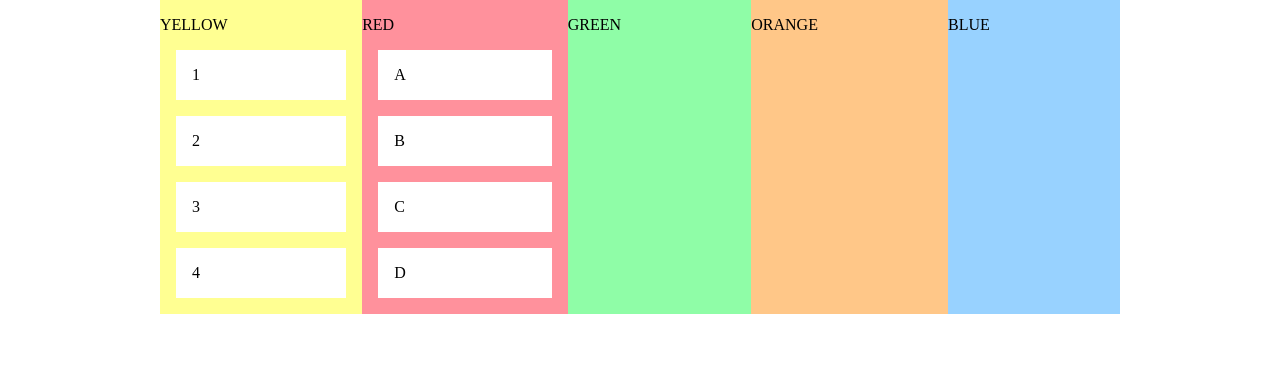
Repository: CryptoFamilyNFT/develhope
Page: css/FlexBoxProperties/index.html
These files come from the project's save history. The page is drawn as it stood at one moment and after the next save; the edit follows.
The browser window is 1280 px wide. The pictures show the whole page.

Above is the page before, as saved 2024-11-15 12:18:44.

### css/FlexBoxProperties/index.html
<!DOCTYPE html>
<html lang="en">

<head>
  <meta charset="UTF-8">
  <meta http-equiv="X-UA-Compatible" content="IE=edge">
  <meta name="viewport" content="width=device-width, initial-scale=1.0">
  <title>Blocks</title>
  <link rel="stylesheet" href="start.css">
</head>

<body>
  <section id="green">
    <p>GREEN</p>
  </section>
  <section id="yellow">
    <p>YELLOW</p>
    <ul>
      <li>1</li>
      <li>2</li>
      <li>3</li>
      <li>4</li>
    </ul>
  </section>
  <section id="orange">
    <p>ORANGE</p>
  </section>
  <section id="red">
    <p>RED</p>
    <ul>
      <li>A</li>
      <li>B</li>
      <li>C</li>
      <li>D</li>
    </ul>
  </section>
  <section id="blue">
    <p>BLUE</p>
  </section>
</body>

</html>

### css/FlexBoxProperties/start.css
body {
    width: 60em;
    margin: 0 auto;
    display: grid;
    grid-template-columns: auto auto auto auto;
  }

  #green {
    background-color: #8ffda7;
    grid-area: 1 / 3 / 1
  }

  #orange {
    background-color: #ffc788;
    grid-area: 1 / 4 / span 2;
  }

  #yellow {
    background-color: #ffff92;
    grid-area: 1 / 1 / span 1;
  }

  #red {
    background-color: #ff919c;
    grid-area: 1 / 2 / span 1;
  }

  #blue {
    background-color: #98d2ff;
    grid-area: 1 / 5 / span 1;
  }

  ul {
    padding: 0;
  }

  li {
    background-color: white;
    padding: 1em;
    display: block;
    margin: 1em;
  }

After the next save:
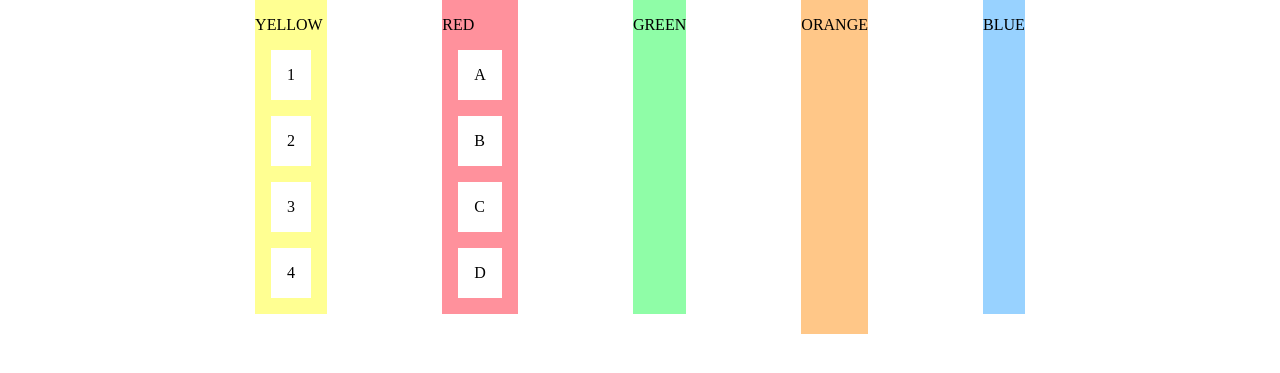
Saved 37 s later.
--- a/css/FlexBoxProperties/start.css
+++ b/css/FlexBoxProperties/start.css
@@ -3,6 +3,8 @@ body {
     margin: 0 auto;
     display: grid;
     grid-template-columns: auto auto auto auto;
+    gap: 20px;
+    justify-content: space-evenly;
   }
 
   #green {
